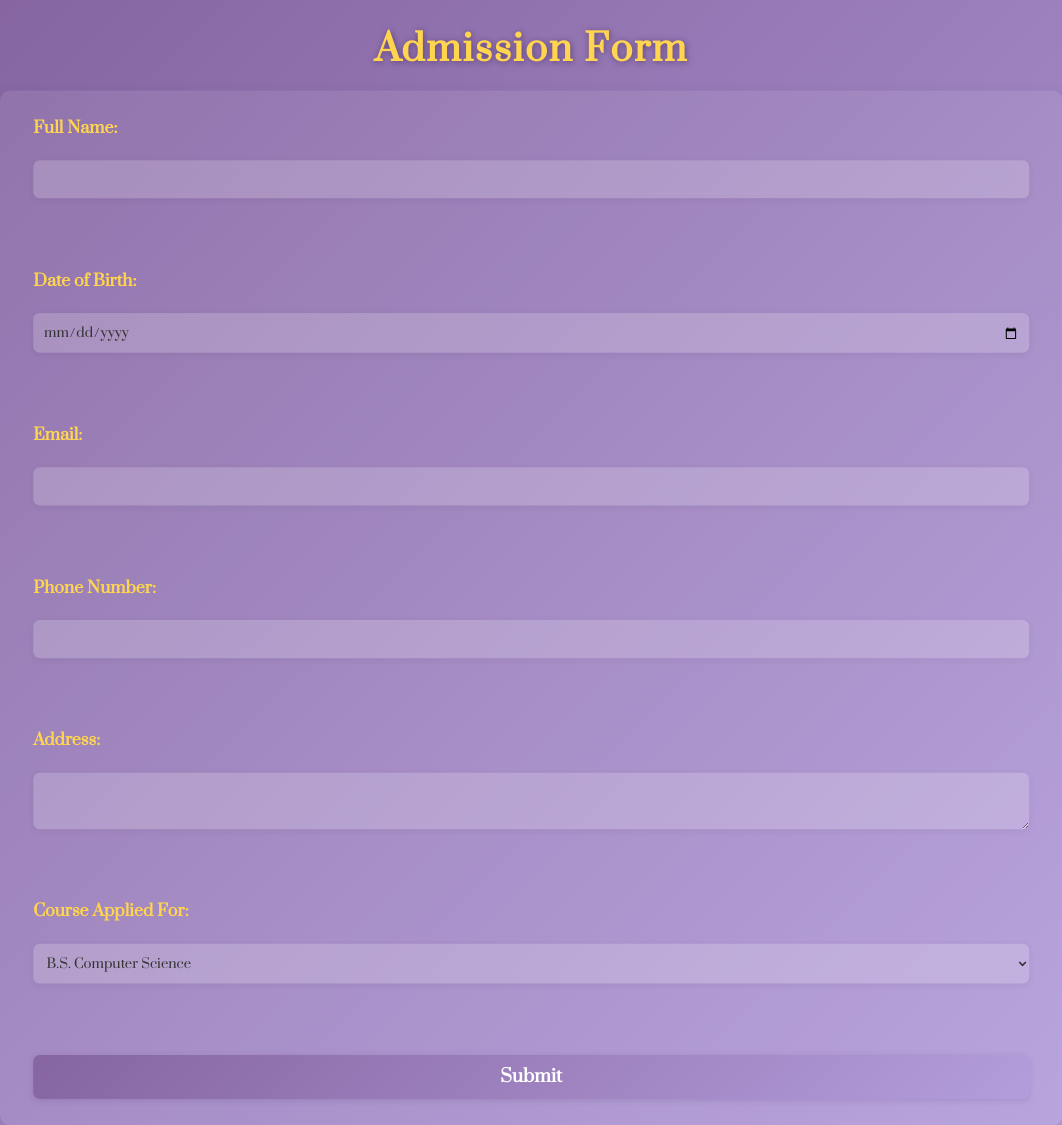
Repository: moinakhere/kelani_university
Page: admission.html
These files come from the project's save history. The page is drawn as it stood at one moment and after the next save; the edit follows.
The browser window is 1280 px wide. The pictures show the whole page, at 83% of full size.

Above is the page before, as saved 2025-08-04 21:24:20.

### admission.html
<!DOCTYPE html>
<html>
<head>
    <meta charset="UTF-8">
    <meta name="viewport" content="width=device-width, initial-scale=1.0">
    <link rel="stylesheet" href="css/comppage.css">
</head>
<body class="form-body">
    <h1 class="form-head">Admission Form</h1>
    <form class="form">
        <label for="fullname">Full Name:</label>
        <input type="text" id="fullname" name="fullname" required><br><br>

        <label for="dob">Date of Birth:</label>
        <input type="date" id="dob" name="dob" required><br><br>

        <label for="email">Email:</label>
        <input type="email" id="email" name="email" required><br><br>

        <label for="phone">Phone Number:</label>
        <input type="tel" id="phone" name="phone" required><br><br>

        <label for="address">Address:</label>
        <textarea id="address" name="address" required></textarea><br><br>

        <label for="course">Course Applied For:</label>
        <select>
            <option value="compsc">B.S. Computer Science</option>
            <option value="math">B.S. Mathematics</option>
            <option value="bot">B.S. Botany</option>
            <option value="zoo">B.S. Zoology</option>
            <option value="phy">B.S. Physics</option>
            <option value="chem">B.S. Chemistry</option>
            <option value="stat">B.S. Statistics</option>
        </select><br><br>

        <input type="submit" value="Submit">
    </form>
</body>
</html>

### css/comppage.css
@import url('https://fonts.googleapis.com/css2?family=Courier+Prime:ital,wght@0,400;0,700;1,400;1,700&display=swap');
@import url('https://fonts.googleapis.com/css2?family=Courier+Prime:ital,wght@0,400;0,700;1,400;1,700&family=Prata&display=swap');
/*
Comp Pages CSS
*/
body {
    background: linear-gradient(135deg, #8665A1 0%, #B39DDB 100%);
    color: #fff;
    font-family: 'Courier Prime', monospace;
    margin: 0;
    padding: 0;
    height: 100%;
}

.container {
    max-width: 800px;
    margin: 40px auto;
    background: /*rgba(40, 20, 60, 0.85);*/ rgba(4, 207, 190, 0.9);
    border-radius: 18px;
    box-shadow: 0 8px 32px rgba(60, 40, 90, 0.25);
    padding: 40px 32px;
}

h1 {
    font-size: 5em;
    margin-bottom: 0.5em;
    letter-spacing: 2px;
    text-align: center;
    color: #FFD54F;
    text-shadow: 1px 2px 8px #5e437a;
}

p {
    font-size: 1.5em;
    line-height: 1.25;
    margin-bottom: 1.2em;
}

li {
    font-size: 1.5em;
    line-height: 1.25;
    margin-bottom: 1.2em;
}

@media (max-width: 600px) {
    .container {
        padding: 18px 8px;
    }

    h1 {
        font-size: 2em;
    }

    p {
        font-size: 1em;
    }
}
/*
Admission Form CSS
*/
.form {
    display: flex;
    flex-direction: column;
    gap: 20px;
    background: rgba(255,255,255,0.08);
    padding: 32px 40px; /* Increased left and right padding */
    border-radius: 12px;
    box-shadow: 0 4px 16px rgba(60, 40, 90, 0.12);
}

.form label {
    font-size: 1.1em;
    color: #FFD54F;
    margin-bottom: 6px;
    font-weight: bold;
}

.form input,
.form textarea,
.form select {
    padding: 12px;
    border-radius: 8px;
    border: none;
    font-size: 0.9em;
    font-family: inherit;
    background: rgba(255,255,255,0.18);
    color: #333;
    transition: background 0.2s, box-shadow 0.2s;
    box-shadow: 0 2px 8px rgba(60, 40, 90, 0.08);
}

.form input:focus,
.form textarea:focus,
.form select:focus {
    background: #fff;
    outline: none;
    box-shadow: 0 0 0 2px #8665A1;
}

.form button,
.form input[type="submit"] {
    padding: 12px 24px;
    border-radius: 8px;
    border: none;
    background: linear-gradient(135deg, #8665A1 0%, #B39DDB 100%);
    color: #fff;
    font-size: 1.2em;
    font-weight: bold;
    cursor: pointer;
    transition: background 0.2s, box-shadow 0.2s;
    box-shadow: 0 2px 8px rgba(60, 40, 90, 0.15);
}

.form button:hover,
.form input[type="submit"]:hover {
    background: linear-gradient(135deg, #B39DDB 0%, #8665A1 100%);
    box-shadow: 0 4px 16px rgba(60, 40, 90, 0.18);
}
.form-body {
    background: linear-gradient(135deg, #8665A1 0%, #B39DDB 100%);
    color: #fff;
    font-family: "Prata",serif;
    font-size: 1.1em;
    margin: 0;
    padding: 0;
    height: 100%;
}
.form-head {
    text-align: center;
    font-size: 2.5em;
    margin-bottom: 20px;
    color: #FFD54F;
    text-shadow: 1px 2px 8px #5e437a;
}

After the next save:
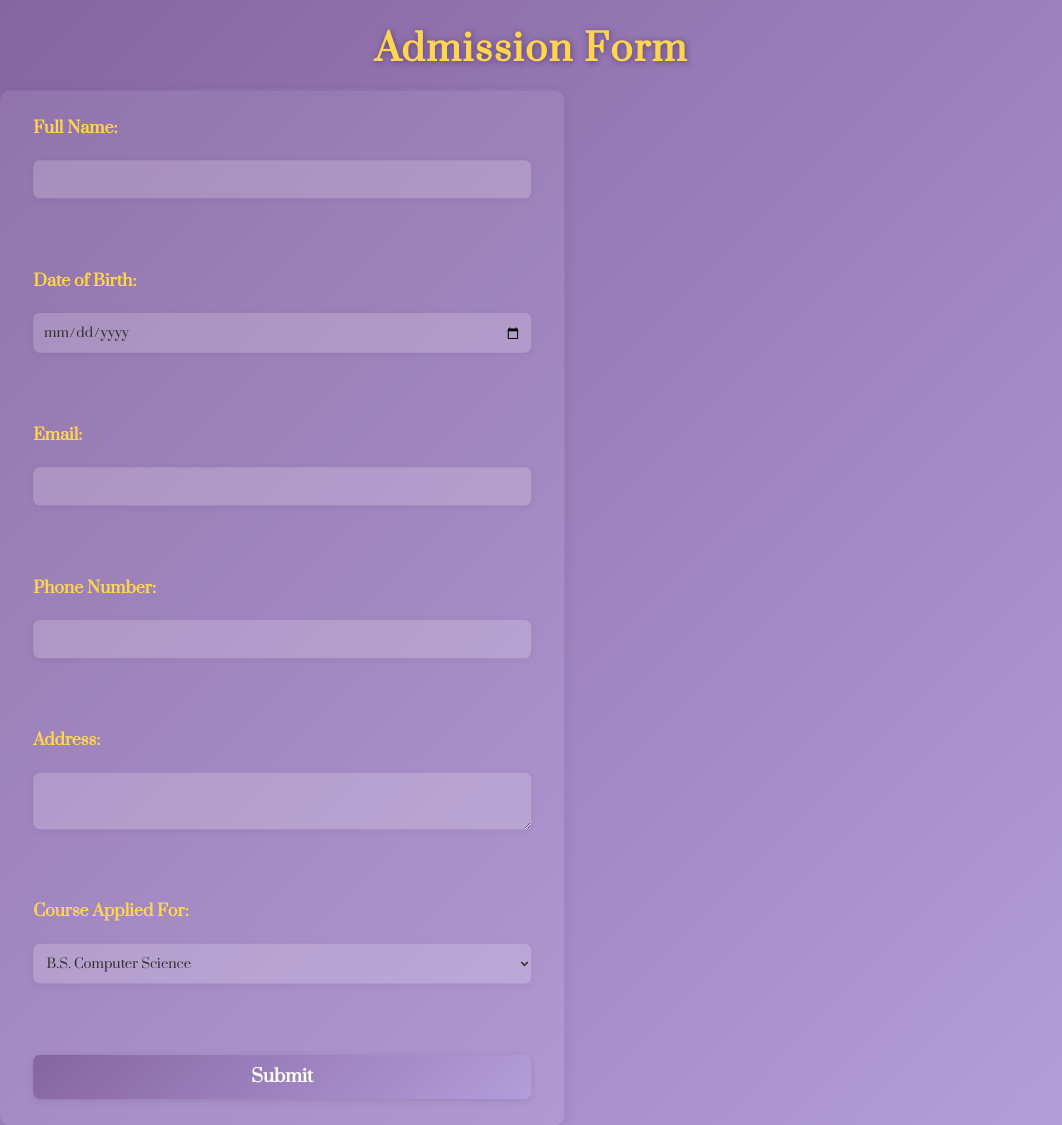
Saved 87 s later.
--- a/css/comppage.css
+++ b/css/comppage.css
@@ -63,7 +63,8 @@ Admission Form CSS
     flex-direction: column;
     gap: 20px;
     background: rgba(255,255,255,0.08);
-    padding: 32px 40px; /* Increased left and right padding */
+    padding: 32px 40px;
+    max-width: 600px;
     border-radius: 12px;
     box-shadow: 0 4px 16px rgba(60, 40, 90, 0.12);
 }
